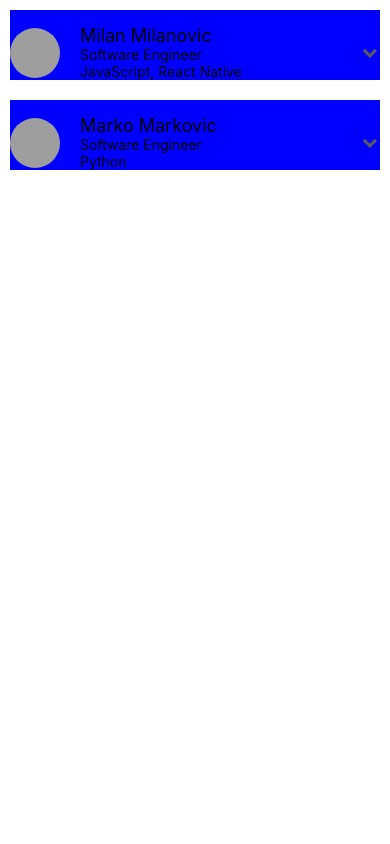
Repository: likanbl/intern-feature
Screen: /
These files come from the project's save history. The screen is drawn as it stood at one moment and after the next save; the edit follows.
Pictures or frames that could not be fetched are drawn as grey boxes. The app was drawn by React Native's web renderer in a window 390 px wide. The project was rebuilt for these pictures with package versions that can differ from the ones it lists, and the page was loaded fresh each time.

Above is the screen before, as saved 2019-09-13 15:03:18.

After the next save:
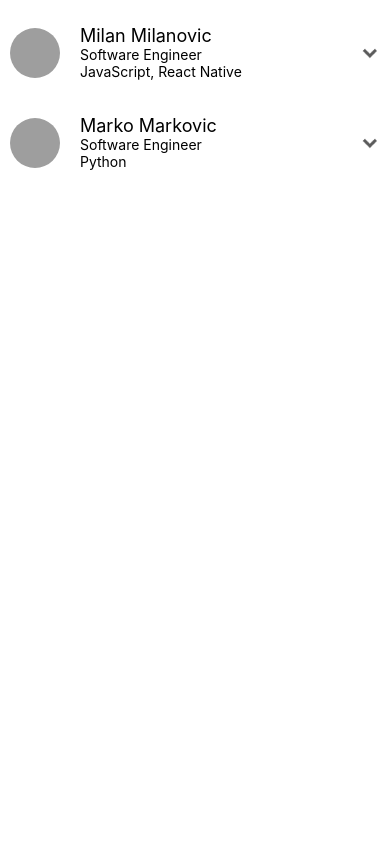
Saved 21 s later.
--- a/src/components/home/HomeItem.js
+++ b/src/components/home/HomeItem.js
@@ -83,7 +83,6 @@ const styles = StyleSheet.create({
     margin: 10,
     elevation: 1,
     paddingTop: 15,
-    backgroundColor: 'blue',
   },
   titleContainer: {
     flexDirection: 'row',
